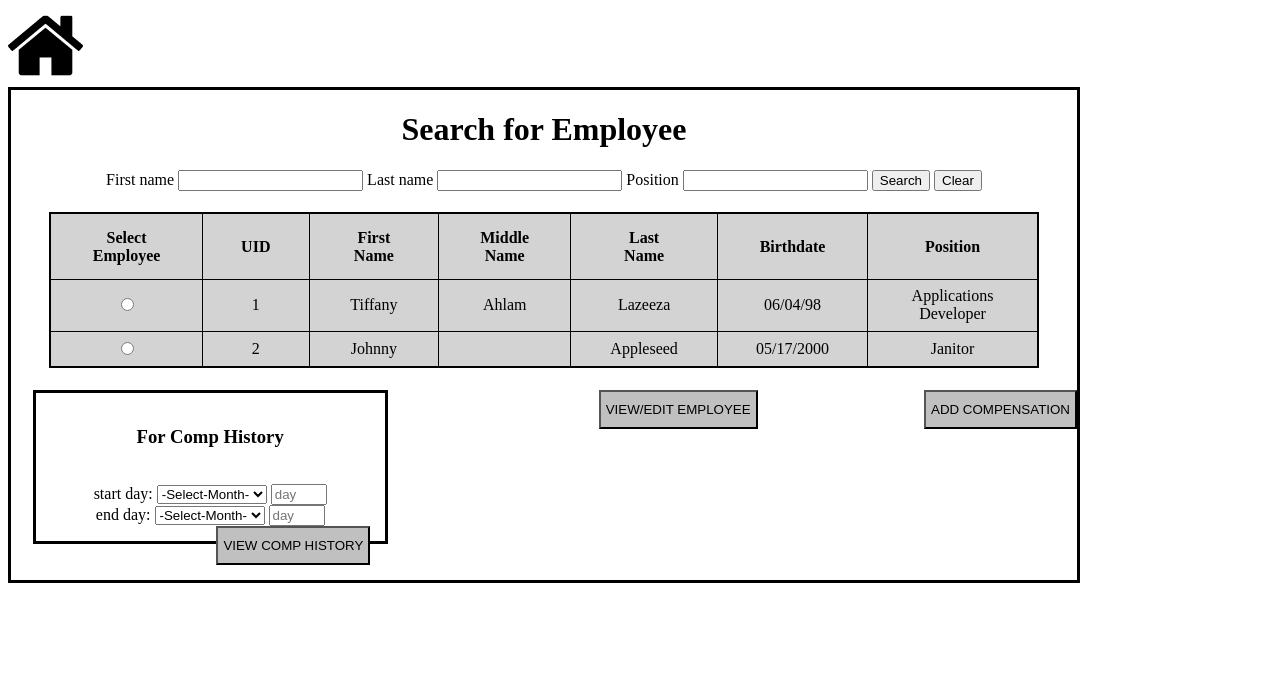
Repository: ticross18/SpringBootEmployeeSystem
Page: http://localhost/searchEmp
These files come from the project's save history. The page is drawn as it stood at one moment and after the next save; the edit follows.
The browser window is 1280 px wide. The pictures show the whole page.
The page is this project's Thymeleaf template; nobody is signed in. The template is opened directly, without the code that normally fills it, so the values that code supplies are empty.

Above is the page before, as saved 2022-05-17 18:09:59.

### EmploymentSystem/src/main/resources/templates/searchEmp.html
<!DOCTYPE html>
<html>
<head>
	<title>Search for Employee</title>
	<meta charset="UTF-8">
	<meta name="viewport" content="width=device-width, initial-scale=1.0">
	<link href="css/screens.css" rel="stylesheet" type="text/css">
</head>
<body>

<a href="/"><img src="images/homeIcon2.png" id="homeButton" alt="home button"></a>

<div id="SearchEmpBox" >
	<h1 id="title">Search for Employee</h1>

	<form>
		<label for="fname">First name </label>
		<input type="text" id="fname" name="fname">
		<label for="lname">Last name  </label>
		<input type="text" id="lname" name="lname">
		<label for="position">Position</label>
		<input type="text" id="position" name="position">
		<button type="button" name ="search">Search</button>
		<button type="clear" name ="clear">Clear</button>
	</form>

	<table border=1  rules=rows id="results" >
		<tr>
			<th>Select Employee</th>
			<th>UID</th>
			<th>First Name</th>
			<th>Middle Name</th>
			<th>Last Name</th>
			<th>Birthdate</th>
			<th>Position</th>
		</tr>
		 <tr class="entries">
			<td><input type="radio" name="edit" class="editEmp"/></td>
			<td>1</td>
			<td>Tiffany</td>
			<td>Ahlam</td>
			<td>Lazeeza</td>
			<td>06/04/98</td>
			<td>Applications Developer</td>
		</tr>
		 <tr class="entries">
			<td><input type="radio" name="edit" class="editEmp"/></td>
			<td>2</td>
			<td>Johnny</td>
			<td></td>
			<td>Appleseed</td>
			<td>05/17/2000</td>
			<td>Janitor</td>
		</tr>

	</table>

     <button type="button" class="optionButtons" onclick="location.href = '#';"  id="addEmp" > Add Compensation </button>

     <button type="button" class="optionButtons" onclick="location.href = '#';" id="viewEditEmp"> View/Edit Employee </button>

	<div id="dateRange">
		<h3>For Comp History</h3><br>

		<label >start day:</label>
		    <select class='monthDropDown'>
			    <option selected value=''>-Select-Month-</option>
			    <option value='1'>January</option>
			    <option value='2'>February</option>
			    <option value='3'>March</option>
			    <option value='4'>April</option>
			    <option value='5'>May</option>
			    <option value='6'>June</option>
			    <option value='7'>July</option>
			    <option value='8'>August</option>
			    <option value='9'>September</option>
			    <option value='10'>October</option>
			    <option value='11'>November</option>
			    <option value='12'>December</option>
		    </select>
		    <input type="number"min="0" max="31" placeholder="day"/>

		    <br>

		<label>end day:</label>
		<select class='monthDropDown'>
		    <option selected value=''>-Select-Month-</option>
		    <option value='1'>January</option>
		    <option value='2'>February</option>
		    <option value='3'>March</option>
		    <option value='4'>April</option>
		    <option value='5'>May</option>
		    <option value='6'>June</option>
		    <option value='7'>July</option>
		    <option value='8'>August</option>
		    <option value='9'>September</option>
		    <option value='10'>October</option>
		    <option value='11'>November</option>
		    <option value='12'>December</option>
	    </select>
	    <input type="number"min="0" max="31" placeholder="day"/>
	     <br><button type="button" class="optionButtons" onclick="location.href = '#';" id="compHistory" > View Comp History </button>

	</div>


</div>
</body>
</html>

### EmploymentSystem/src/main/resources/static/css/screens.css
.container {
   display: flex;

}

#homeButton{
	width:75px;
	height:75px;
	position: relative;
}

.asterisk{
	color: red;
}

#addEmpBox {
	padding-left: 40vw;
	border: 3px solid rgb(0, 0, 0);
	padding-bottom: 15px;
}

#addEmpBox input {
	margin-bottom: 15px;
	padding: 2px;
}

#SearchEmpBox {
	border: 3px solid rgb(0, 0, 0);
	padding-bottom: 15px;
	margin-right: 15vw;
	text-align: center;
}

#userInput {
	display:inline-table;
}

#results {
	border: 2px solid black;
	margin: 10px;
	background-color: lightgrey;
	border-collapse: collapse;
	margin:  3vh 3vw;
}

#results th {
	padding: 2vh 3vw;
	border-left: 1px solid #000;
    border-right: 1px solid #000;
}

#results td {
	padding: 1vh 3vw ;
	border-left: 1px solid #000;
    border-right: 1px solid #000;

}

#finalEdit{
	text-align: left;
	position: left;
}

button.optionButtons {
	text-transform: uppercase;
	background-color: rgb(192, 192, 192);

	padding: 10px 5px;
	width:  auto ;

	float:right;
	margin-left: 13vw;
}

button.optionButtons:active {
  box-shadow: 0 5px #666;
  transform: translateY(4px);
}

button.optionButtons:hover {
  background-color: rgb(255, 255, 128);
  cursor: pointer;
}

#dateRange {
	border: 3px solid rgb(0, 0, 0);
	width:fit-content;
	margin: 3vh;
	padding: 2vh;
}



.monthDropDown {
	width:110px;
}


tr.entries:hover {
  background-color: white;
  cursor: pointer;
}

After the next save:
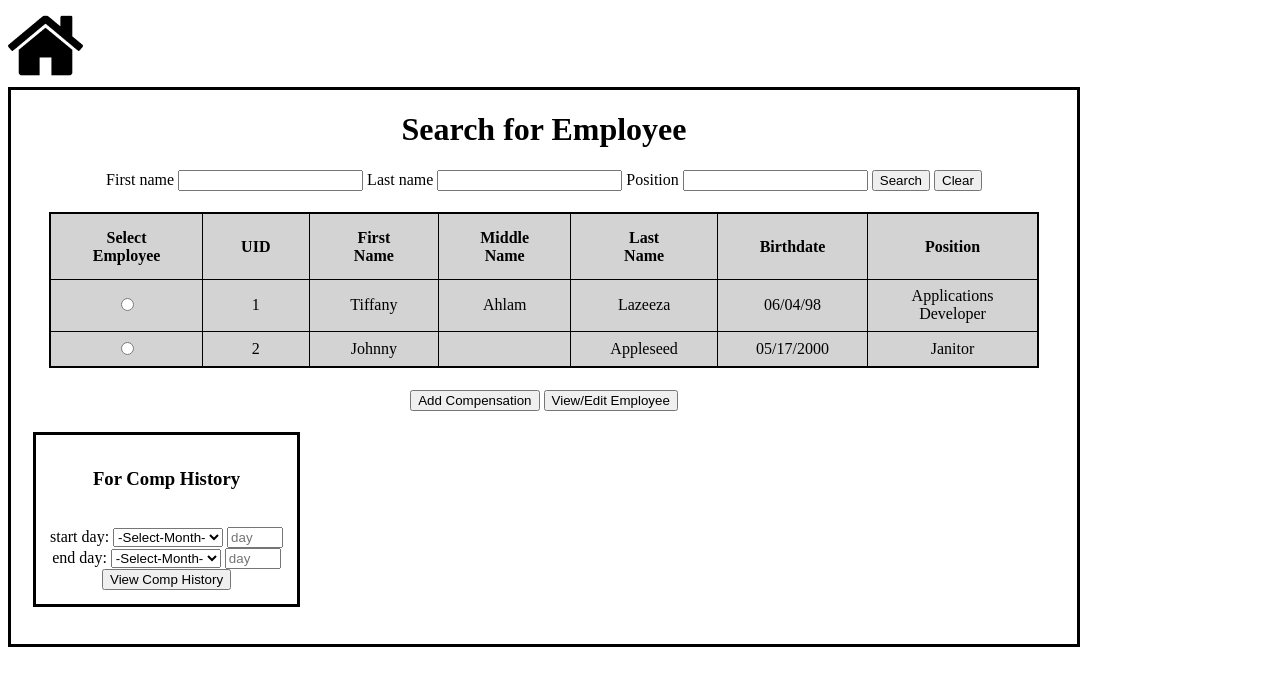
Saved 6 s later.
--- a/EmploymentSystem/src/main/resources/static/css/screens.css
+++ b/EmploymentSystem/src/main/resources/static/css/screens.css
@@ -62,14 +62,7 @@
 }
 
 button.optionButtons {
-	text-transform: uppercase;
-	background-color: rgb(192, 192, 192);
 
-	padding: 10px 5px;
-	width:  auto ;
-
-	float:right;
-	margin-left: 13vw;
 }
 
 button.optionButtons:active {
